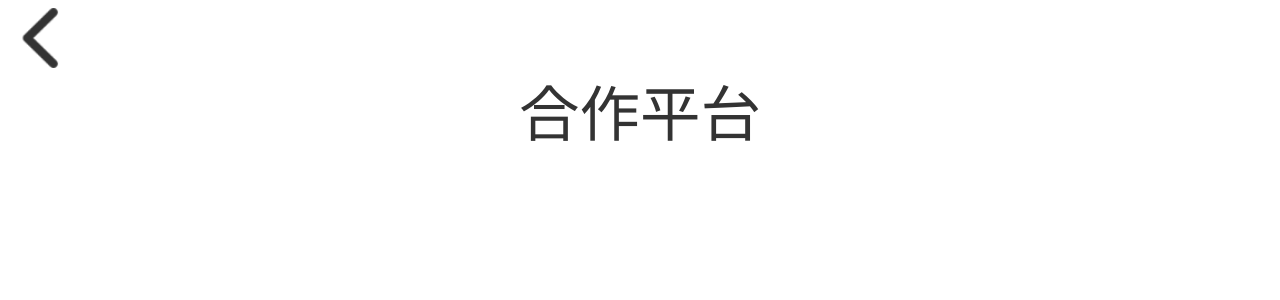
Repository: GgoodBoy/js-object
Page: jquery懒加载/platObj/platForm.html
These files come from the project's save history. The page is drawn as it stood at one moment and after the next save; the edit follows.
The browser window is 1280 px wide. The pictures show the whole page.
Some web libraries are served in a nearby version.

Above is the page before, as saved 2019-10-15 13:50:28.

### jquery懒加载/platObj/platForm.html
<!DOCTYPE html PUBLIC "-//WAPFORUM//DTD XHTML Mobile 1.0//EN" "http://www.wapforum.org/DTD/xhtml-mobile10.dtd">
<html>
<head>
  <meta charset="utf-8">
  <meta name="viewport" content="width=device-width,initial-scale=1.0,maximum-scale=1.0,minimum=1.0,user-scalable=no">
  <meta name="format-detection" content="telephone=no, email=no">
  <meta name="apple-mobile-web-app-capable" content="yes">
  <meta http-equiv="Content-Security-Policy" content="script-src 'self' *.alicdn.com *.qq.com *.wx.qq.com *.7moor.com * *.youfushuyuan.com *.xueguoxue.com *.sohu.com 'unsafe-inline' 'unsafe-eval'">

</head>

<body>
  <div id="platFormId">
    <div class="titleNav">
        <img class="imgInf" src="./img/returnImg.png"/>
        合作平台
    </div>
    <div class="platList"></div>
  </div>
</body>
<script src="http://libs.baidu.com/jquery/2.0.0/jquery.min.js"></script>
<script>
!(function(doc, win) {
    var docEle = doc.documentElement,
        evt = "onorientationchange" in window ? "orientationchange" : "resize",
        fn = function() {
            var width = docEle.clientWidth;
            width && (docEle.style.fontSize = Math.ceil(42 * (width / 320)) + "px");
        };

    win.addEventListener(evt, fn, false);
    doc.addEventListener("DOMContentLoaded", fn, false);

}(document, window));
</script>
<style>
html{
    -ms-text-size-adjust: 100%;
    -webkit-text-size-adjust: 100%;
    background: 0 0;
    color: #000;
    -moz-user-select: none;
    -khtml-user-select: none;
    user-select: none;
    width: 100%;
    height: 100%;
}
#platFormId{
    position: relative;
}
#platFormId .titleNav{
    text-align: center;
    width: 100%;
    height: 1.28rem;
    font-size: 0.36rem;
    line-height: 1.28rem;
    bottom: 0.4rem;
    color: #333333;
}
#platFormId .titleNav .imgInf{
    position: absolute;
    left: 0;
    width: 0.36rem;
}

</style>
</html>

After the next save:
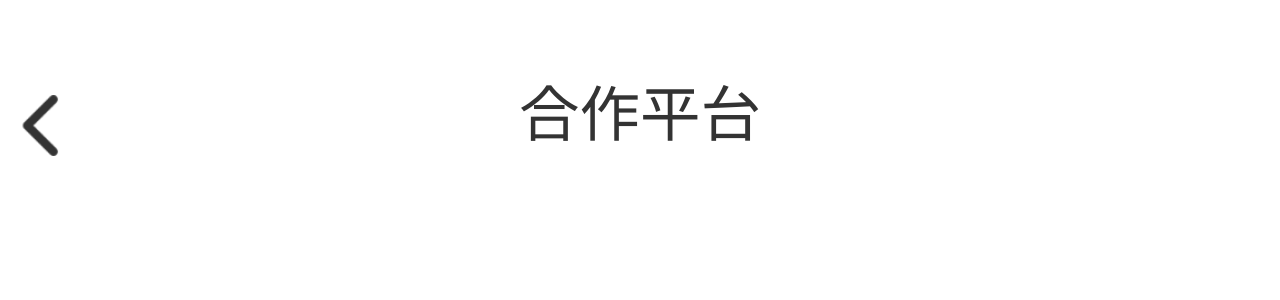
Saved 17 s later.
--- a/jquery懒加载/platObj/platForm.html
+++ b/jquery懒加载/platObj/platForm.html
@@ -54,13 +54,13 @@
     height: 1.28rem;
     font-size: 0.36rem;
     line-height: 1.28rem;
-    bottom: 0.4rem;
     color: #333333;
 }
 #platFormId .titleNav .imgInf{
     position: absolute;
     left: 0;
     width: 0.36rem;
+    bottom: 0.4rem;
 }
 
 </style>
